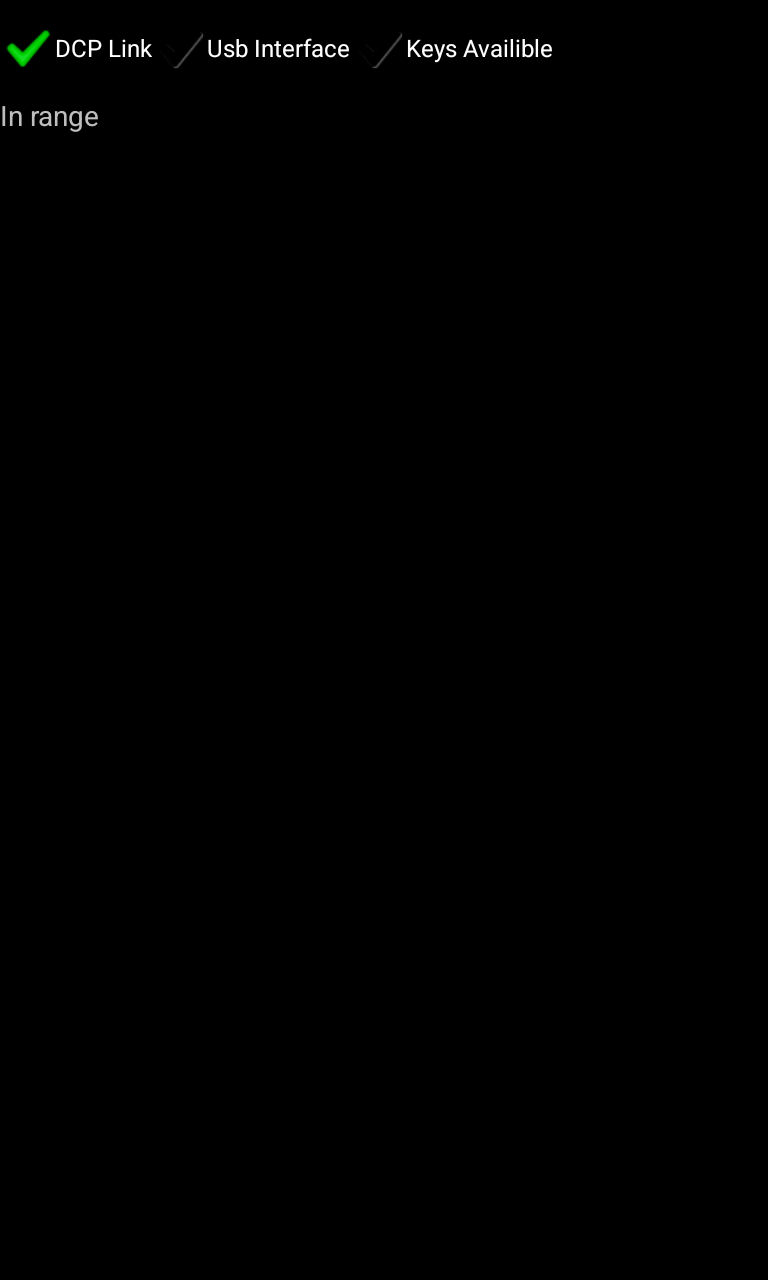
Repository: sergioenriquez/CSTE
Layout: HNAD/res/layout/devicelist.xml
An editor plug-in stored every save of this project. The layout is shown before and after the next save, followed by the edit.
It is drawn on a 768 x 1280 px phone screen (xhdpi) without system bars, with theme android:Theme.NoTitleBar; the app's code is not run. Lists and similar views that code fills are empty.

Above is the layout before, as saved 2011-12-18 03:52:29.

After the next save:
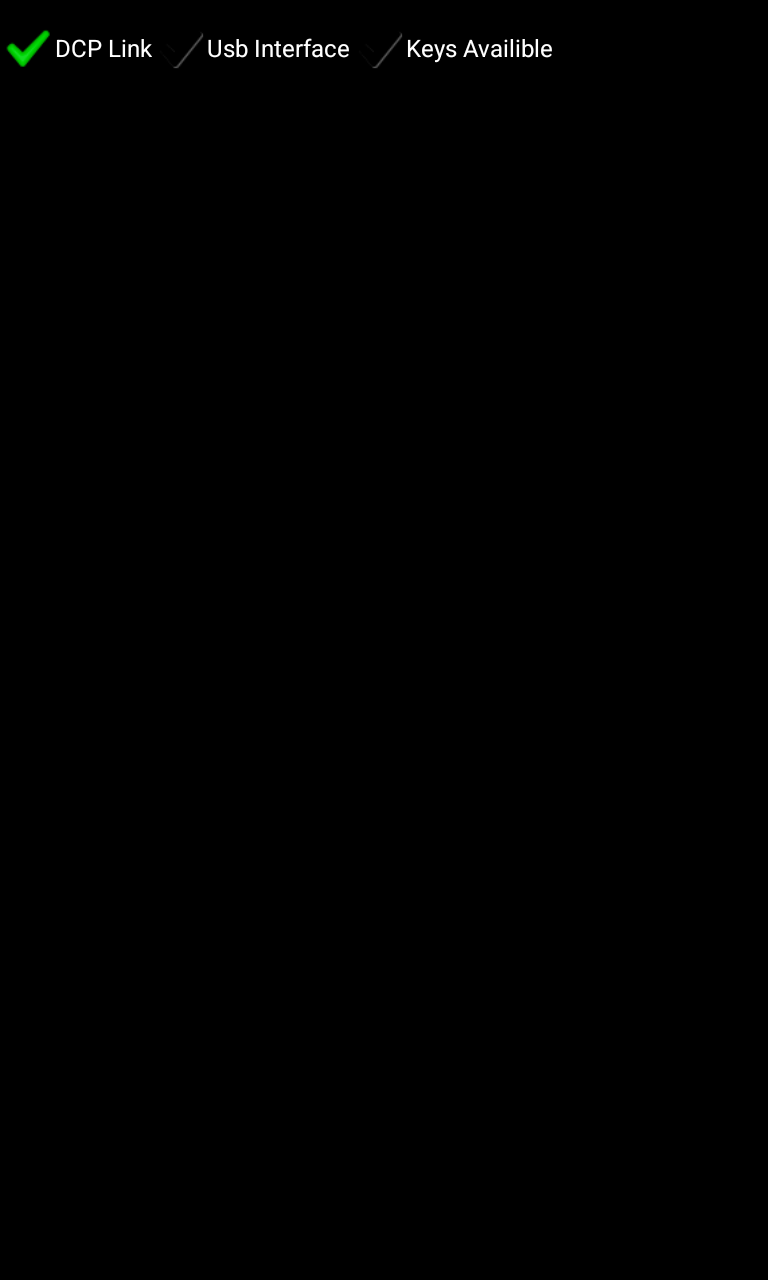
Saved 15 s later.
--- a/HNAD/res/layout/devicelist.xml
+++ b/HNAD/res/layout/devicelist.xml
@@ -36,18 +36,18 @@
 	</LinearLayout>
 	<LinearLayout
         android:orientation="horizontal"
-        android:layout_width="match_parent"
+
         android:layout_height="wrap_content">
         <TextView
 	    android:layout_width="fill_parent"
 	    android:layout_height="wrap_content"
 	    android:text="In range"/>
         <TextView
-	    android:layout_width="fill_parent"
+
 	    android:layout_height="wrap_content"
 	    android:text="ID"/>
         <TextView
-	    android:layout_width="fill_parent"
+
 	    android:layout_height="wrap_content"
 	    android:text="Type"/>
 	</LinearLayout>

After the 2 saves that followed:
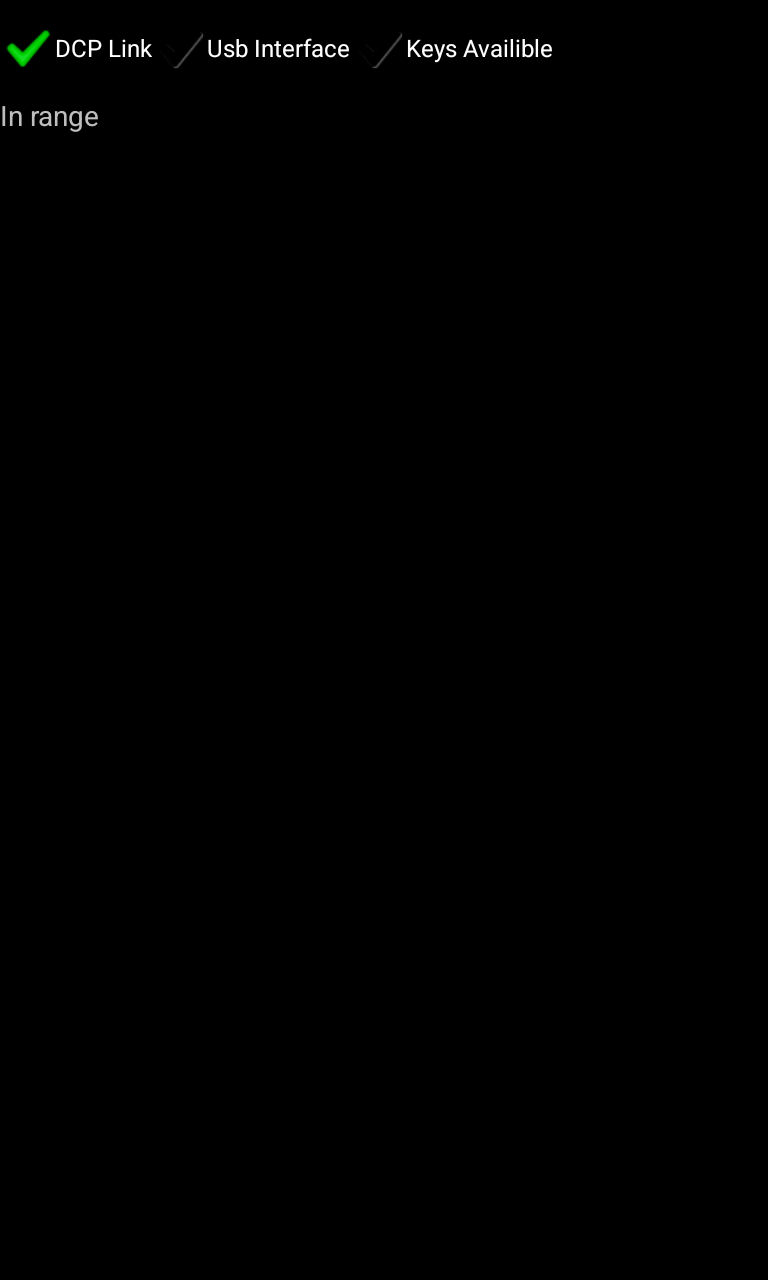
The 2 saves are shown as one change because 1 left the picture as it was.
The last was saved 35 s later.
--- a/HNAD/res/layout/devicelist.xml
+++ b/HNAD/res/layout/devicelist.xml
@@ -36,18 +36,18 @@
 	</LinearLayout>
 	<LinearLayout
         android:orientation="horizontal"
-
+        android:layout_width="match_parent"
         android:layout_height="wrap_content">
         <TextView
 	    android:layout_width="fill_parent"
 	    android:layout_height="wrap_content"
 	    android:text="In range"/>
         <TextView
-
+	    android:layout_width="fill_parent"
 	    android:layout_height="wrap_content"
 	    android:text="ID"/>
         <TextView
-
+	    android:layout_width="fill_parent"
 	    android:layout_height="wrap_content"
 	    android:text="Type"/>
 	</LinearLayout>
